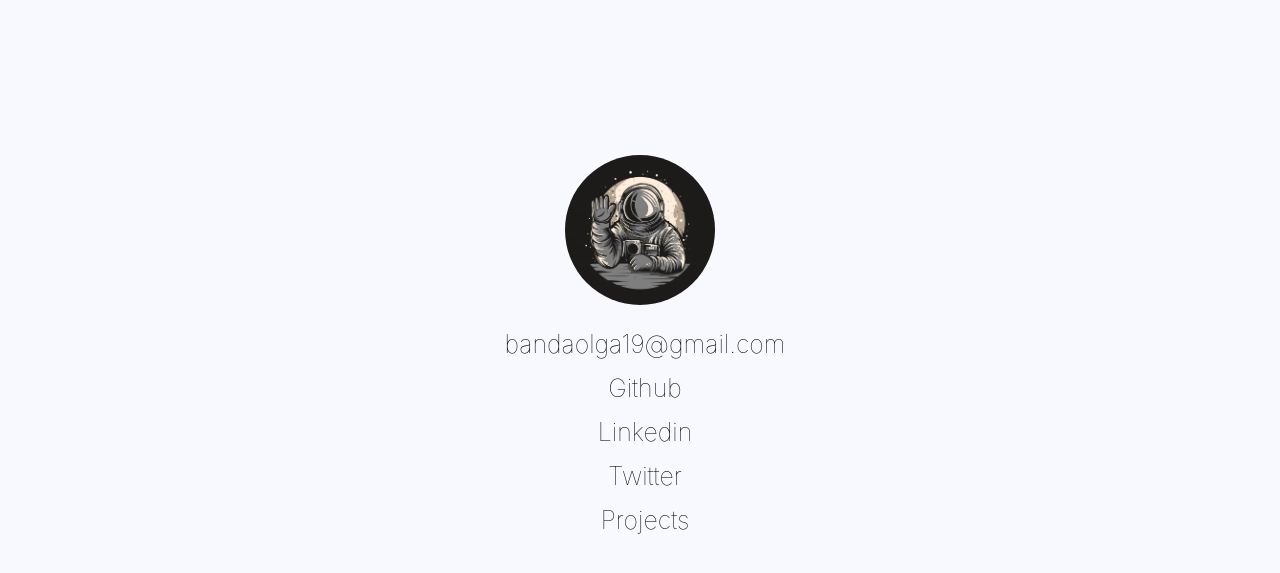
Repository: G1ft-Banda/My-portfolio-Website
Page: /
An editor plug-in stored every save of this project. The page is shown before and after the next save, followed by the edit.
The browser window is 1280 px wide. The pictures show the whole page.
The project was rebuilt for these pictures with package versions that can differ from the ones it lists, and the page was loaded fresh each time. The framework's server and built-in components were replaced by stand-ins that run in the browser. Also part of the build but not shown: next.config.js.

Above is the page before, as saved 2022-09-29 11:56:43.

After the next save:
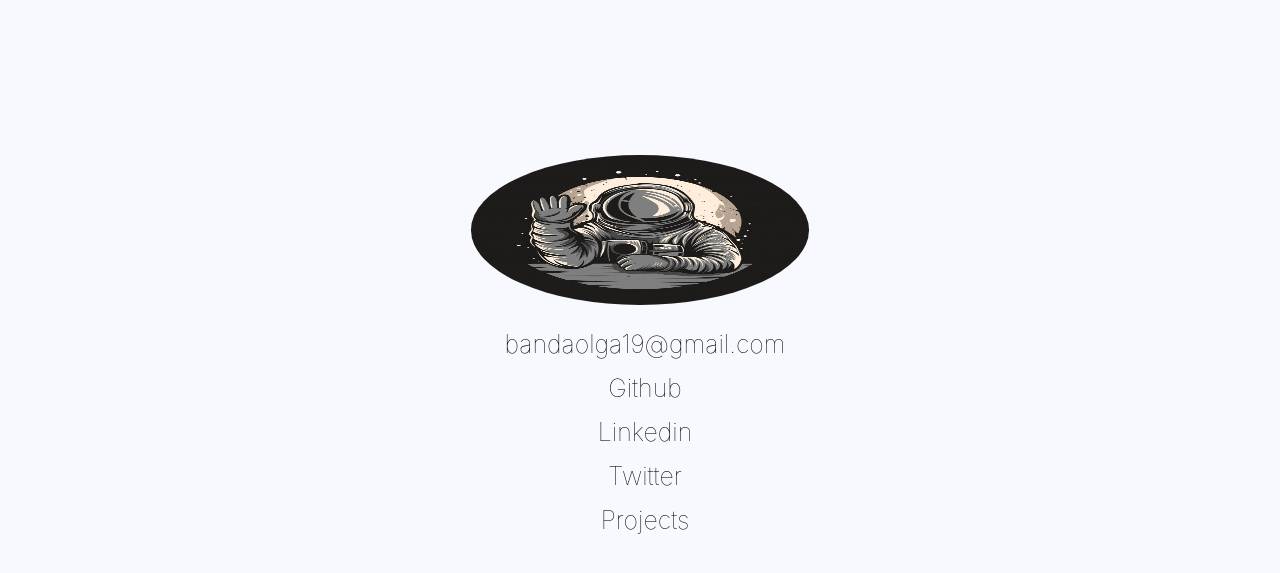
Saved 2 min 44 s later.
--- a/pages/index.js
+++ b/pages/index.js
@@ -10,7 +10,12 @@ export default function Home() {
         <link rel="icon" href="/favicon.ico" />
       </Head>
       <main>
-        <img className="avatar" src="/astronaut.jpg" />
+        <Image
+          className="avatar"
+          src="/astronaut.jpg"
+          width={150}
+          height={150}
+        />
         <ul>
           <li className="social-links">
             <i class="fa-solid fa-envelope"></i>
